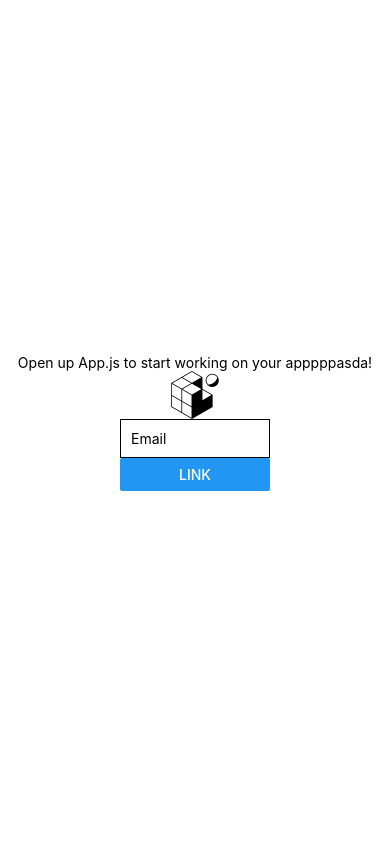
Repository: ntu34543/ReactNativeAndroid
Screen: /
The author's editor kept a copy of each file at every save. The screen is drawn from the files as they stood at one save, then again after the next save.
The app was drawn by React Native's web renderer in a window 390 px wide. The project was rebuilt for these pictures with package versions that can differ from the ones it lists, and the page was loaded fresh each time.

Above is the screen before, as saved 2022-09-23 16:35:33.

### App.js
import { StatusBar } from "expo-status-bar";
import { StyleSheet, Text, View, Button, Image, TextInput } from "react-native";

export default function App() {
  return (
    <View style={styles.container}>
      <Text>Open up App.js to start working on your apppppasda!</Text>
      <Image source={require("./assets/favicon.png")} />
      <View style={styles.body}>
        <TextInput style={styles.TextInput} placeholder="Email" />
        <Button title="Link" />
        {/* <View>
          <TextInput style={styles.TextInput} placeholder="Email" />
          <Button title="Link" />
        </View>
        <View style={styles.btn}>
          <Button title="Link" />
        </View> */}
      </View>
      <StatusBar style="auto" />
    </View>
  );
}

const styles = StyleSheet.create({
  container: {
    flex: 1,
    backgroundColor: "#fff",
    alignItems: "center",
    justifyContent: "center",
  },
  body: {
    display: "flex",
    flexDirection: "column",
  },
  TextInput: {
    padding: 10,
    borderWidth: 1,
    borderColor: "black",
    width: 150,
  },
  btn: {
    width: 100,
  },
});

After the next save:
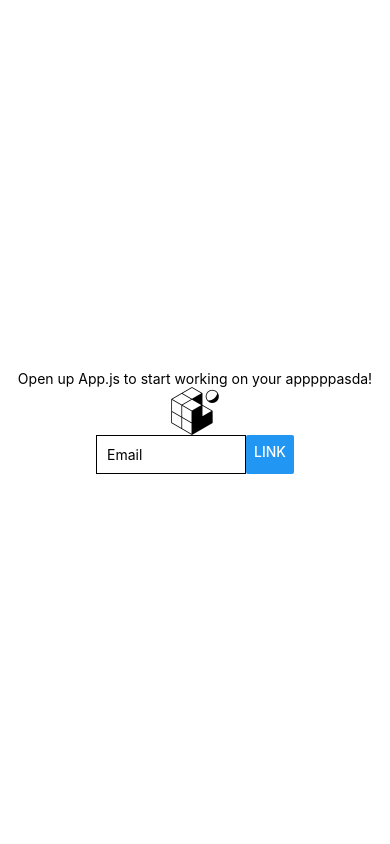
Saved 4 s later.
--- a/App.js
+++ b/App.js
@@ -31,7 +31,7 @@ const styles = StyleSheet.create({
   },
   body: {
     display: "flex",
-    flexDirection: "column",
+    flexDirection: "row",
   },
   TextInput: {
     padding: 10,
